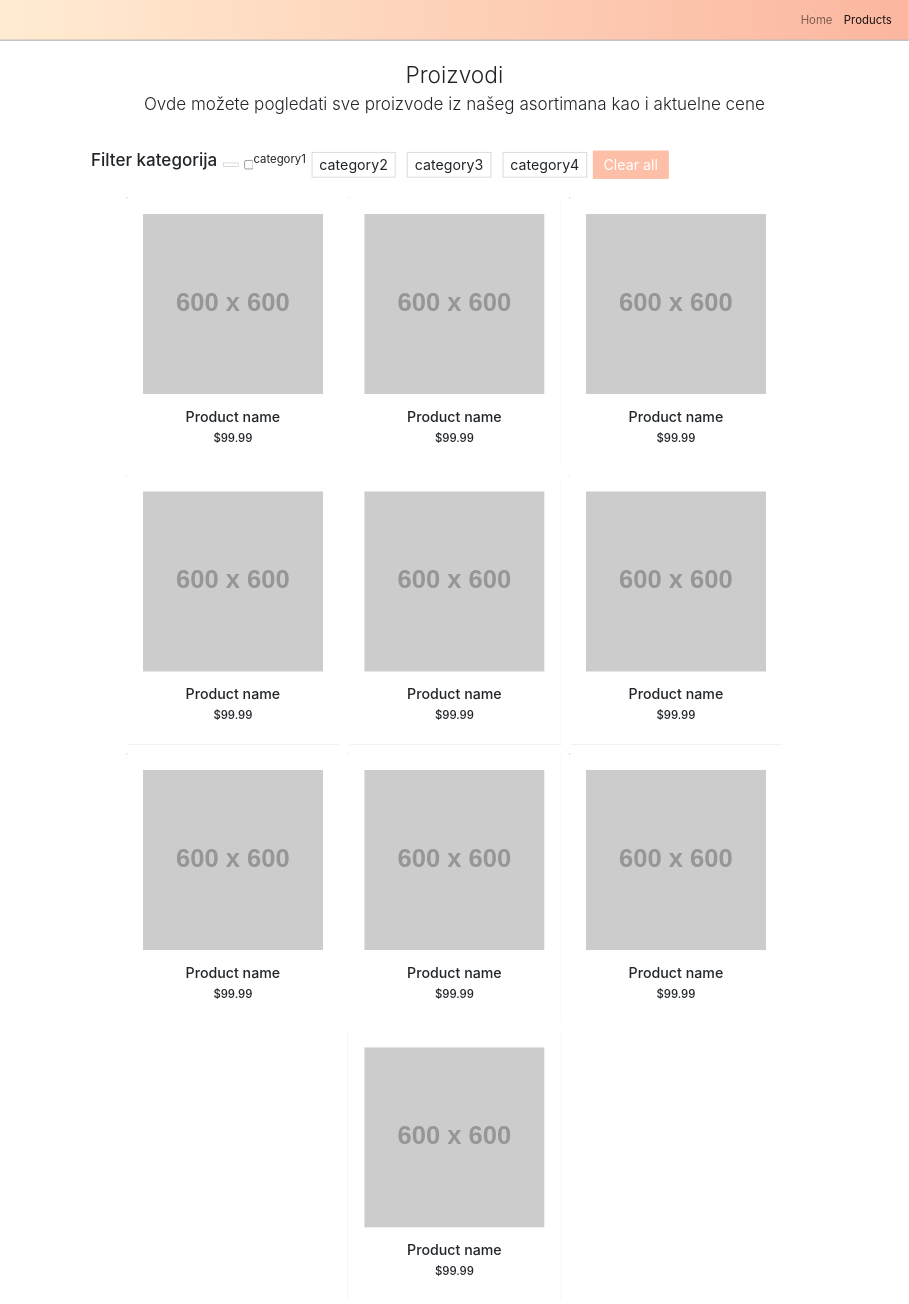
Repository: StevanFilipovic/TemplateForSinglepageWebsite
Page: products.html
These files come from the project's save history. The page is drawn as it stood at one moment and after the next save; the edit follows.
The browser window is 1280 px wide. The pictures show the whole page, at 71% of full size.
Some web libraries are served in a nearby version.

Above is the page before, as saved 2018-06-15 10:59:31.

After the next save:
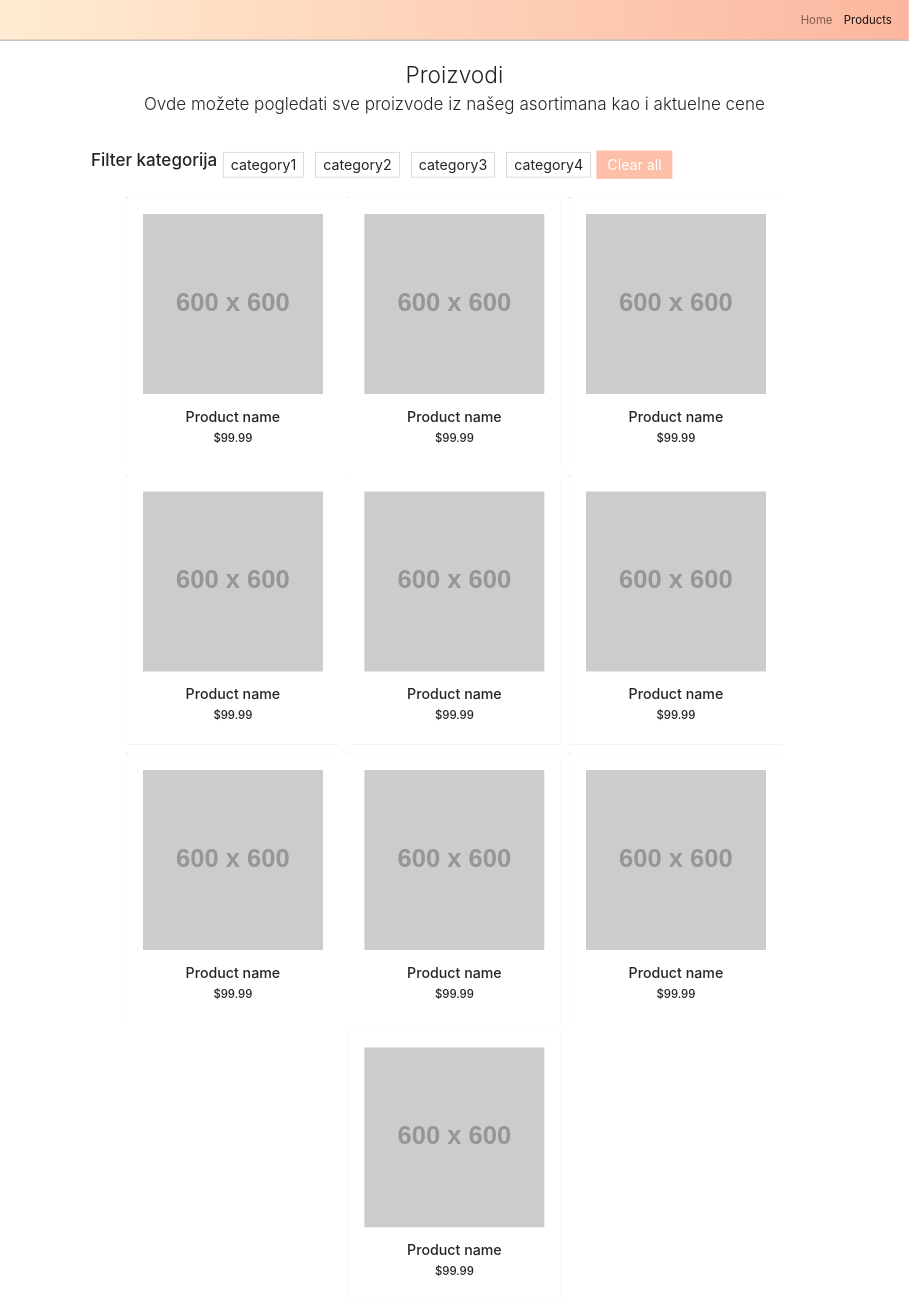
Saved 7 s later.
--- a/products.html
+++ b/products.html
@@ -89,7 +89,7 @@ function ProductFilterLevel1(products, filters) {
 <div id="filters" class="products">
     <div class="filter-wrapper">
       <h4>Filter kategorija</h4>
-      <label class="filter-container"></label><input type="checkbox" name="colour" id="category1" value="category1" ><span class="filters-title">category1</span></input></label>
+      <label class="filter-container"><input type="checkbox" name="colour" id="category1" value="category1" ><span class="filters-title">category1</span></input></label>
       <label class="filter-container"><input type="checkbox" name="colour" id="category2" value="category2"><span class="filters-title">category2</span></input></label>
       <label class="filter-container"><input type="checkbox" name="colour" id="category3" value="category3"><span class="filters-title">category3</span></input></label>
       <label class="filter-container"><input type="checkbox" name="colour" id="category4" value="category4"><span class="filters-title">category4</span></input></label>
